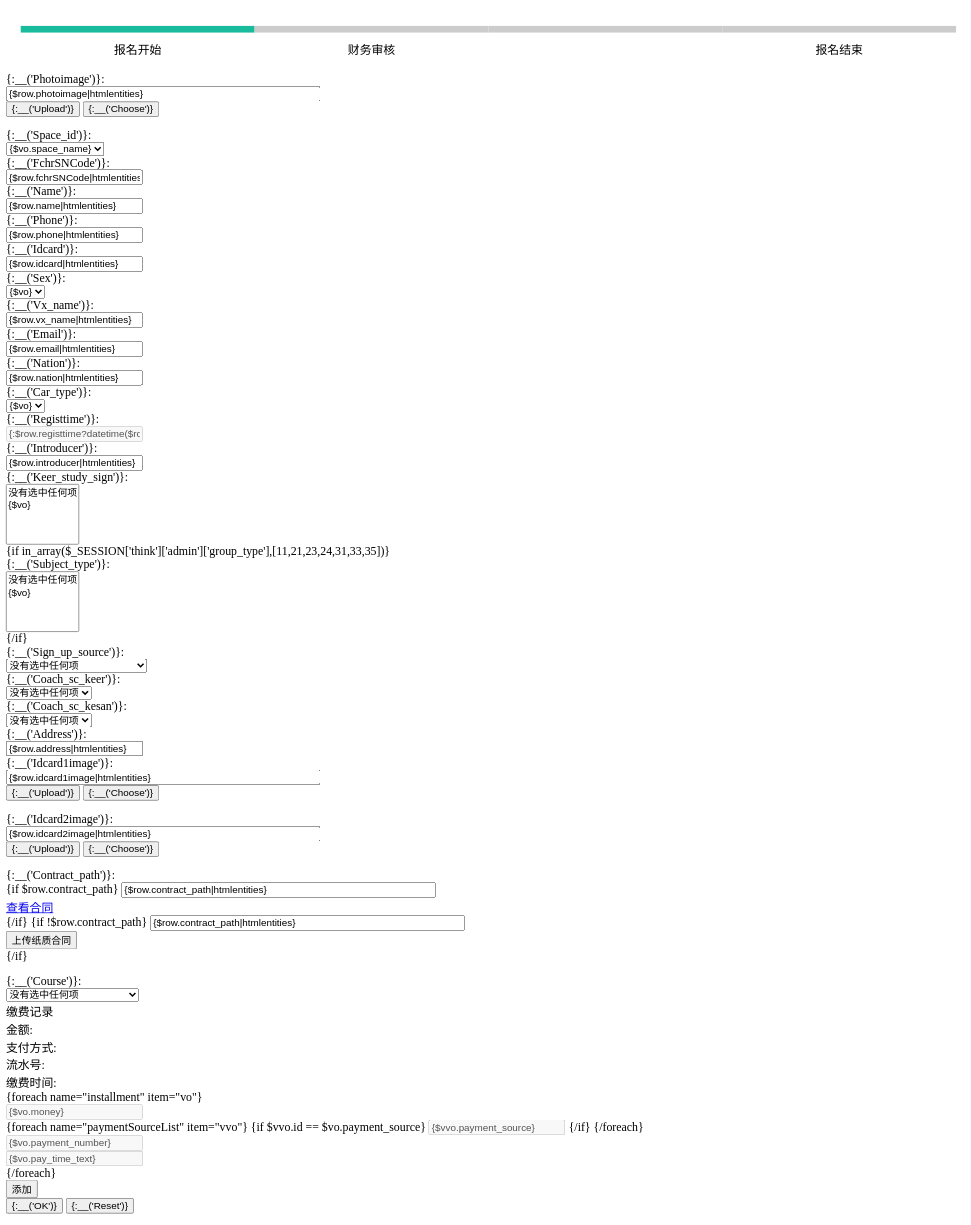
Repository: Akarin-Akari/xiaomaguantest
Page: application/admin/view/studentconfig/student/edit.html
The author's editor kept a copy of each file at every save. The page is drawn from the files as they stood at one save, then again after a run of saves.
The browser window is 1280 px wide. The page is 1312 px wide, so the pictures cover 1312 px, including what lies to the right of the window. The pictures show the whole page, at 74% of full size.

Above is the page before, as saved 2024-01-23 19:10:22.
Console error: ReferenceError: $length is not defined

After the next 2 saves:
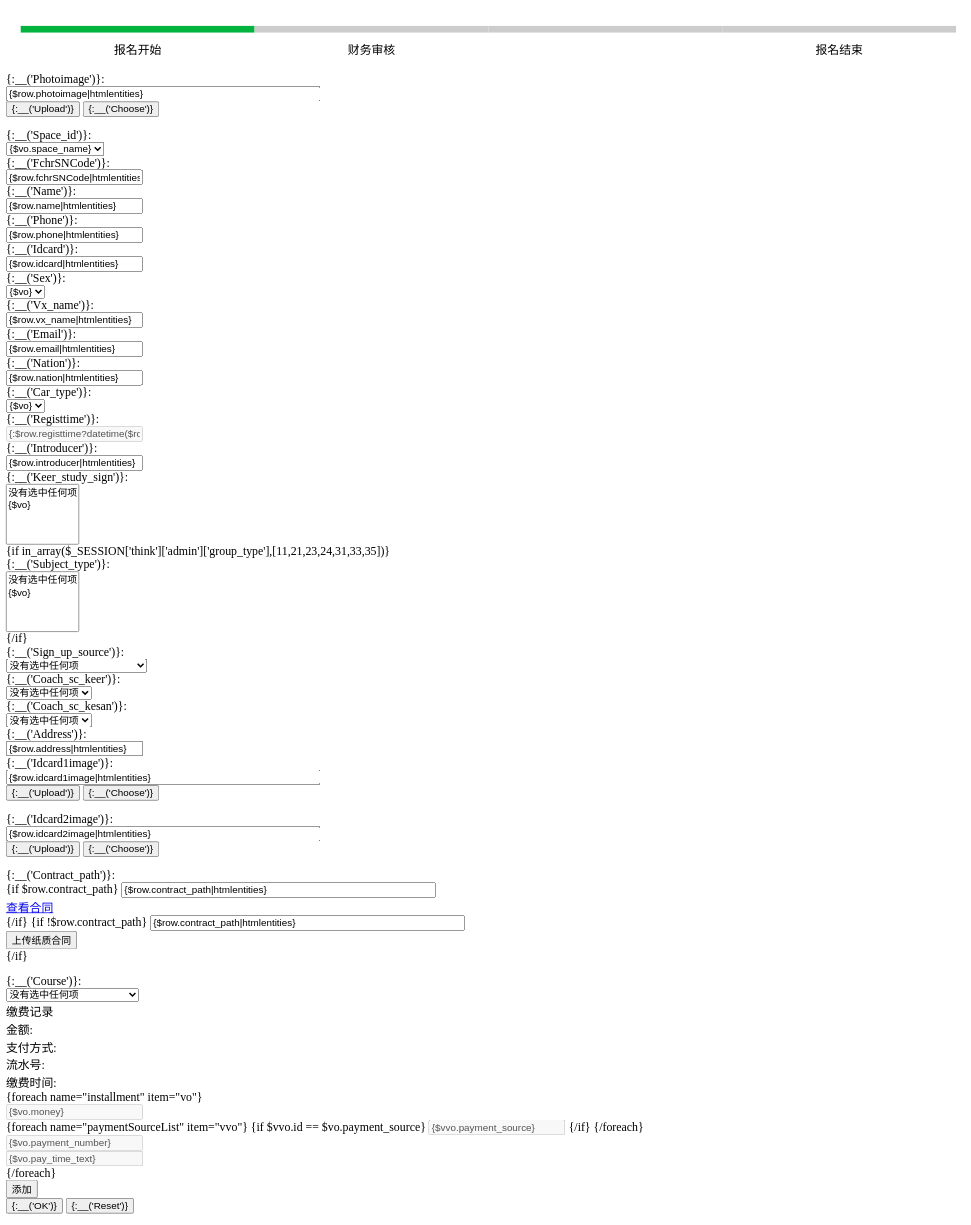
The 2 saves are shown as one change because they came seconds apart.
The last was saved 11 s later.
--- a/application/admin/view/studentconfig/student/edit.html
+++ b/application/admin/view/studentconfig/student/edit.html
@@ -41,7 +41,7 @@
             <!-- 第一部分 -->
             <div class="step">
                 <div class="step-progress left  done ">
-                    <div class="step-line" style="background-color: #18bc9c"></div>
+                    <div class="step-line" style="background-color: rgb(2, 179, 61);"></div>
                 </div>
                 <div class="step-text">
                     <span>报名开始</span>
